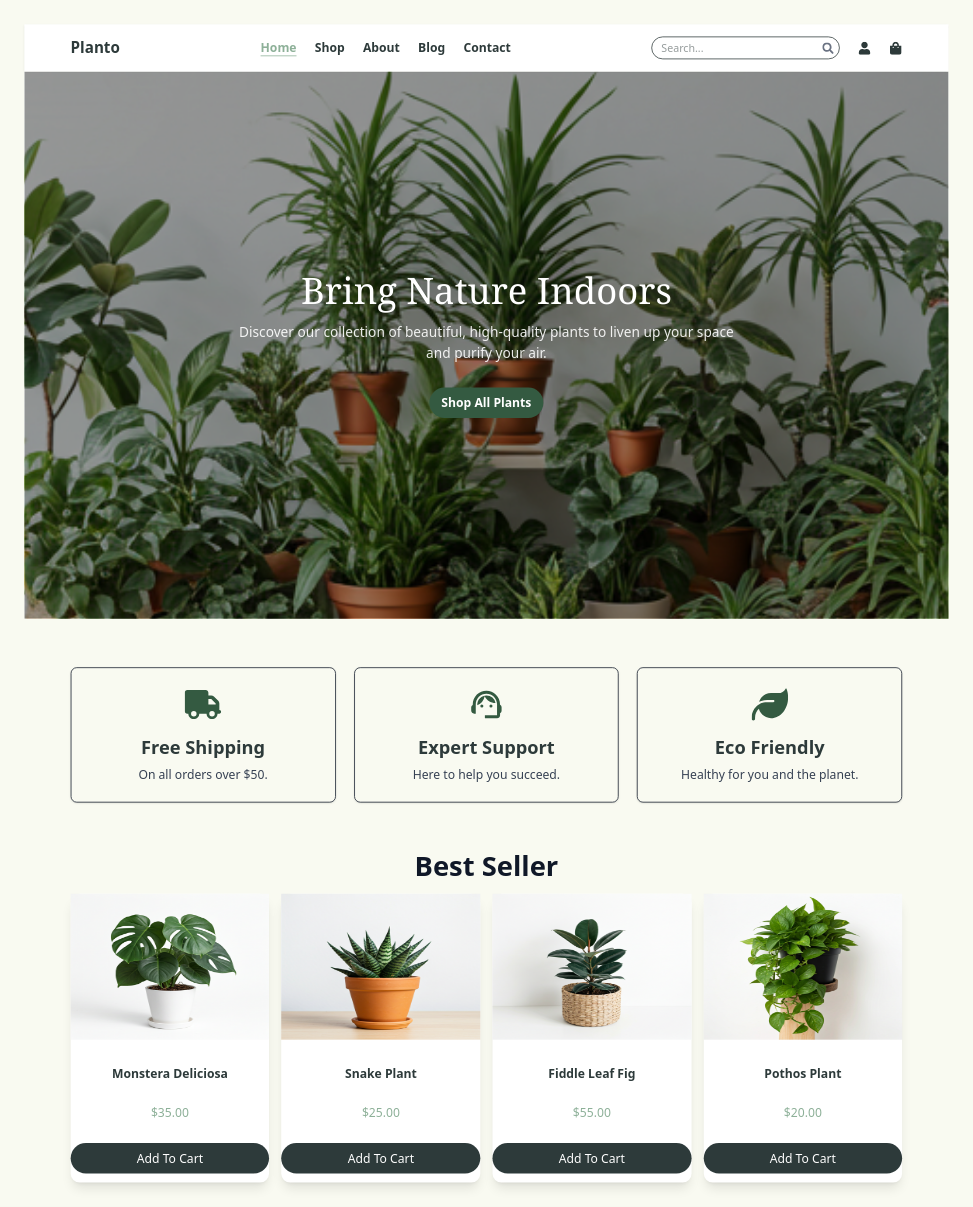
Repository: mazenessam99/Planto
Page: /
An editor plug-in stored every save of this project. The page is shown before and after a run of saves, followed by the edit.
The browser window is 1280 px wide. The pictures show the whole page, at 76% of full size.
The project was rebuilt for these pictures with package versions that can differ from the ones it lists, and the page was loaded fresh each time. Also part of the build but not shown: vite.config.js.

Above is the page before, as saved 2025-11-22 23:07:53.

### index.html
<!doctype html>
<html lang="en">
  <head>
    <meta charset="UTF-8" />
    <link rel="icon" type="image/svg+xml" href="/vite.svg" />
    <meta name="viewport" content="width=device-width, initial-scale=1.0" />
    <title>plants_website</title>
  </head>
  <body>
    <div id="root"></div>
    <script type="module" src="/src/main.jsx"></script>
  </body>
</html>

### src/index.css
@import "tailwindcss";
@import "tailwindcss/theme" layer(theme);
@theme {
  --color-primary: #2D3A3A;
  --color-forest:#386641;
  --color-green:#345A41;
  --color-secondary: #8DB098;
  --color-Terracotta: #C27357;
  --color-sky:#B0D0D3;
  --font-cairo: "Cairo", sans-serif;
  --spacing-128: 32rem;
}

/* ----- BASE ----- */
@layer base {
  body {
    @apply  bg-[#F9FAF1] text-gray-900;
  }
}

/* ----- COMPONENTS ----- */
@layer components {
  .btn {
    @apply bg-primary text-white px-4 py-2 rounded-full cursor-pointer ;
  }
  .btn-green{
    @apply bg-green ;
  }

  .card {
    @apply bg-white p-6 rounded-xl shadow;
  }

}
/* Scrollbar width */
::-webkit-scrollbar {
  width: 8px;
}

/* Scrollbar track  */
::-webkit-scrollbar-track {
  background: #2D3A3A;
  border-radius: 8px;
}

/* Scrollbar thumb  */
::-webkit-scrollbar-thumb {
  background-color: #8DB098;
  border-radius: 8px;
}

::-webkit-scrollbar-thumb:hover {
  background-color: #789983;
}

.container{
  width:90%;
  margin:0 auto;
}

### src/App.jsx

import './App.css'
import Button from './components/ui/Button'
import Home from './pages/Home'

function App() {


  return (
    <>
      <Home/>


    </>
  )
}

export default App

### src/components/ui/Button.jsx
const Button = ({ children, className = "",variant="", ...props }) => {
    return (
        <button className={`btn btn-${variant} ${className}`} {...props}>
            {children}
        </button>
    )
}

export default Button

### src/pages/Home.jsx
import BestSeller from '../components/layout/BestSeller'
import DeliveryCard from '../components/layout/DeliveryCard'
import Hero from '../components/layout/Hero'
import Navbar from '../components/layout/Navbar'

const Home = () => {
  return (
    <div>
        <Navbar/>
        <Hero/>
        <DeliveryCard/>
        <BestSeller/>
    </div>
  )
}

export default Home

### src/components/layout/BestSeller.jsx
import React from 'react'
import { BESTSELLER_CARDS } from '../../utils/constants';
import ProductCard from '../ui/ProductCard';

const BestSeller = () => {
  return (
    <section className='container'>
        <h2 className="text-4xl text-center font-bold mb-4">Best Seller</h2>
        <div className='grid grid-cols-1 sm:grid-cols-2 lg:grid-cols-4 gap-4'>
            {BESTSELLER_CARDS.map((card,index)=>(
                <ProductCard src={card.src} title={card.title} price={card.price}/>
        ))}
        </div>

    </section>
  )
}

export default BestSeller;

### src/components/layout/DeliveryCard.jsx
import { motion } from "framer-motion";
import { DELIVERY_CARDS } from "../../utils/constants";
import { FaTruck, FaLeaf } from "react-icons/fa6";
import { MdSupportAgent } from "react-icons/md";

const icons = {
  truck: <FaTruck />,
  support: <MdSupportAgent />,
  leaf: <FaLeaf />,
};

const DeliveryCards = () => {
  return (
    <section className="container py-16">
      <div className="grid grid-cols-1 sm:grid-cols-2 lg:grid-cols-3 gap-6">
        {DELIVERY_CARDS.map((card, index) => (
          <div key={card.id} className="flex flex-col items-center justify-center text-center p-6 border rounded-lg shadow hover:shadow-lg  transition">
            <div className="text-5xl text-green">
              {icons[card.icon]}
            </div>
            <h3 className="mt-4 mb-2 font-bold text-xl md:text-2xl text-primary">{card.title}</h3>
            <p className="text-gray-700 ">{card.desc}</p>
          </div>
        ))}

      </div>
    </section>
  );
};

export default DeliveryCards;

### src/components/layout/Hero.jsx
import { motion } from "framer-motion";
import HeroImg from "../../assets/images/Hero.png";
import Button from "../ui/Button";

const Hero = () => {
  return (
    <section
      className="relative h-screen overflow-hidden"
    >

      <motion.div
        className="absolute inset-0 bg-cover bg-center"
        style={{ backgroundImage: `url(${HeroImg})` }}
        animate={{ scale: [1, 1.05, 1] }}
        transition={{ duration: 10, repeat: Infinity, ease: "easeInOut" }}
      />

      {/* Overlay */}
      <div className="absolute inset-0 bg-black/40"></div>

      <div className="relative z-10 flex flex-col items-center justify-center h-full px-4 md:px-0 space-y-4 text-center">
        <motion.h1
          initial={{ y: -20, opacity: 0 }}
          animate={{ y: 0, opacity: 1 }}
          transition={{ duration: 0.8 }}
          className="text-white text-2xl md:text-4xl lg:text-5xl font-serif"
        >
          Bring Nature Indoors
        </motion.h1>

        <motion.h2
          initial={{ y: 20, opacity: 0 }}
          animate={{ y: 0, opacity: 1 }}
          transition={{ duration: 0.8, delay: 0.3 }}
          className="text-white/90 text-sm md:text-base lg:text-lg max-w-2xl font-normal"
        >
          Discover our collection of beautiful, high-quality plants to liven up your space and purify your air.
        </motion.h2>

        <motion.div
          initial={{ scale: 0.8, opacity: 0 }}
          animate={{ scale: 1, opacity: 1 }}
          transition={{ duration: 0.5, delay: 0.6 }}
        >
          <Button className="btn-green font-bold mt-4">Shop All Plants</Button>
        </motion.div>
      </div>
    </section>
  );
};

export default Hero;

### src/components/layout/Navbar.jsx
import { useState } from "react";
import { NavLink } from "react-router-dom";
import { NAVBAR_LINKS } from "../../utils/constants";
import { FaBars, FaSearch, FaUser, FaShoppingBag } from "react-icons/fa";
import { IoClose } from "react-icons/io5";
import { motion, AnimatePresence } from "framer-motion";

const Navbar = () => {
    const [menuOpen, setMenuOpen] = useState(false);

    return (
        <nav className="bg-white shadow sticky top-0 z-50 ">
            <div className="container flex justify-between items-center py-4">
                {/* Logo */}
                <a href="/" className="text-primary text-xl font-bold">Planto</a>

                {/* Desktop Links */}
                <ul className="hidden md:flex gap-6 items-center">
                    {NAVBAR_LINKS.map((link) => (
                        <li key={link.id}>
                            <NavLink
                                to={link.path}
                                className={({ isActive }) =>
                                    `text-primary font-semibold transition hover:text-secondary
                                ${isActive ? "text-secondary underline underline-offset-4" : ""}`
                                }
                            >
                                {link.label}
                            </NavLink>
                        </li>
                    ))}
                </ul>

                {/* Desktop Icons + Search */}
                <div className="hidden md:flex gap-6 items-center text-primary">
                    {/* Search input */}
                    <div className="relative">
                        <input
                            type="text"
                            placeholder="Search..."
                            className="border rounded-full pl-3 pr-8 py-1 text-sm focus:outline-none focus:ring-2 focus:ring-secondary"
                        />
                        <FaSearch size={15} className="absolute right-2 top-2 text-gray-500" />
                    </div>

                    <FaUser size={17} className="cursor-pointer hover:text-secondary" />
                    <FaShoppingBag size={17} className="cursor-pointer hover:text-secondary" />
                </div>

                {/* Mobile menu button */}
                <button
                    className="md:hidden text-primary"
                    onClick={() => setMenuOpen(true)}
                    aria-label="Open menu"
                    aria-expanded={menuOpen}
                >
                    <FaBars size={22} />
                </button>
            </div>

            {/* Mobile overlay + drawer (AnimatePresence for exit animation) */}
            <AnimatePresence>
                {menuOpen && (
                    <motion.div
                        className="md:hidden fixed inset-0 z-40"
                        initial={{ opacity: 0 }}
                        animate={{ opacity: 1 }}
                        exit={{ opacity: 0 }}
                        onClick={() => setMenuOpen(false)}
                    >
                        {/* Drawer */}
                        <motion.div
                            className="bg-white w-72 h-full shadow-lg p-6"
                            initial={{ x: "-100%" }}
                            animate={{ x: 0 }}
                            exit={{ x: "-100%" }}
                            transition={{ type: "linear", duration: 0.4 }}
                            onClick={(e) => e.stopPropagation()}
                        >
                            {/* Close */}
                            <div className="flex justify-between items-center mb-6">
                                <a href="/" className="text-lg font-bold text-primary">Planto</a>
                                <button onClick={() => setMenuOpen(false)} aria-label="Close menu">
                                    <IoClose size={26} className="text-primary" />
                                </button>
                            </div>

                            {/* Mobile Search */}
                            <div className="mb-4">
                                <div className="relative">
                                    <input
                                        type="text"
                                        placeholder="Search..."
                                        className="w-full border rounded-full pl-3 pr-8 py-2 text-sm focus:outline-none focus:ring-2 focus:ring-secondary"
                                    />
                                    <FaSearch size={15} className="absolute right-3 top-3 text-gray-500" />
                                </div>
                            </div>

                            {/* Links */}
                            <ul className="flex flex-col gap-4 text-primary font-semibold">
                                {NAVBAR_LINKS.map((link) => (
                                    <li key={link.id}>
                                        <NavLink
                                            to={link.path}
                                            onClick={() => setMenuOpen(false)}
                                            className={({ isActive }) =>
                                                `block py-2 ${isActive ? "text-secondary" : ""}`
                                            }
                                        >
                                            {link.label}
                                        </NavLink>
                                    </li>
                                ))}
                            </ul>

                            {/* Icons */}
                            <div className="flex gap-4 mt-6 text-primary">
                                <FaUser size={18} />
                                <FaShoppingBag size={18} />
                            </div>
                        </motion.div>
                    </motion.div>
                )}
            </AnimatePresence>
        </nav>
    );
};

export default Navbar;

### src/utils/constants.js
import img1 from "../../src/assets/images/Featured_1.png";
import img2 from "../../src/assets/images/Featured_2.png";
import img3 from "../../src/assets/images/Featured_3.png";
import img4 from "../../src/assets/images/Featured_4.png";
// Navbar_Links
export const NAVBAR_LINKS = [
    { id: 1, label: 'Home', path: '/' },
    { id: 2, label: 'Shop', path: '/shop' },
    { id: 3, label: 'About', path: '/about' },
    { id: 4, label: 'Blog', path: '/blog' },
    { id: 5, label: 'Contact', path: '/contact' },
];

// Delivery_Cards
export const DELIVERY_CARDS = [
    { id: 1, icon: "truck", title: "Free Shipping", desc: "On all orders over $50." },
    { id: 2, icon: "support", title: "Expert Support", desc: "Here to help you succeed." },
    { id: 3, icon: "leaf", title: "Eco Friendly", desc: "Healthy for you and the planet." },
];

// BESTSELLER_CARDS
export const BESTSELLER_CARDS=[
    {id:1,src:img1,title:'Monstera Deliciosa',price:'$35.00'},
    {id:2,src:img2,title:'Snake Plant',price:'$25.00'},
    {id:3,src:img3,title:'Fiddle Leaf Fig',price:'$55.00'},
    {id:4,src:img4,title:'Pothos Plant',price:'$20.00'}
]

### src/components/ui/ProductCard.jsx
import Button from "./Button";

const ProductCard = ({src,title,price,showButton=true,buttonText='Add To Cart'}) => {
  return (
    <div className="bg-white rounded-xl shadow-lg flex flex-col  space-y-4">
      <div className="w-full h-48 ">
        <img src={src} className="w-full h-full"/>
      </div>
      <h3 className="mt-4 font-bold text-primary">{title}</h3>
      <p className="mt-3 text-secondary">{price}</p>
      {showButton&&(
        <Button className="my-3 w-full">
          {buttonText}
        </Button>
      )}

    </div>
  )
}

export default ProductCard;

Loaded but not shown: src/main.jsx (common file); src/App.css (common file)

After the next 4 saves:
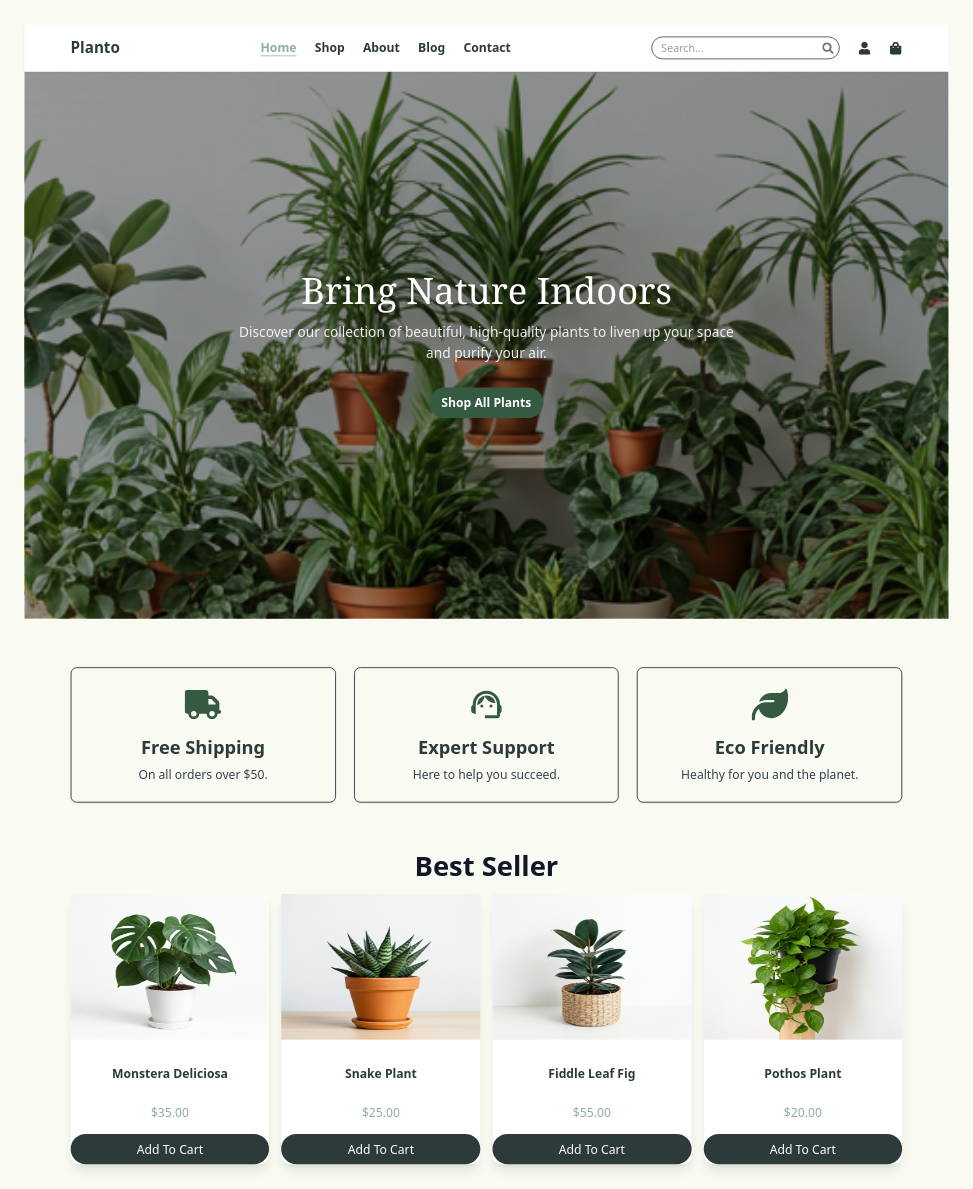
The 4 saves are shown as one change because they came seconds apart.
The last was saved 19 s later.
--- a/src/components/ui/ProductCard.jsx
+++ b/src/components/ui/ProductCard.jsx
@@ -9,7 +9,7 @@
       <h3 className="mt-4 font-bold text-primary">{title}</h3>
       <p className="mt-3 text-secondary">{price}</p>
       {showButton&&(
-        <Button className="my-3 w-full">
+        <Button className="mx-auto w-full">
           {buttonText}
         </Button>
       )}

After the 6 saves that followed:
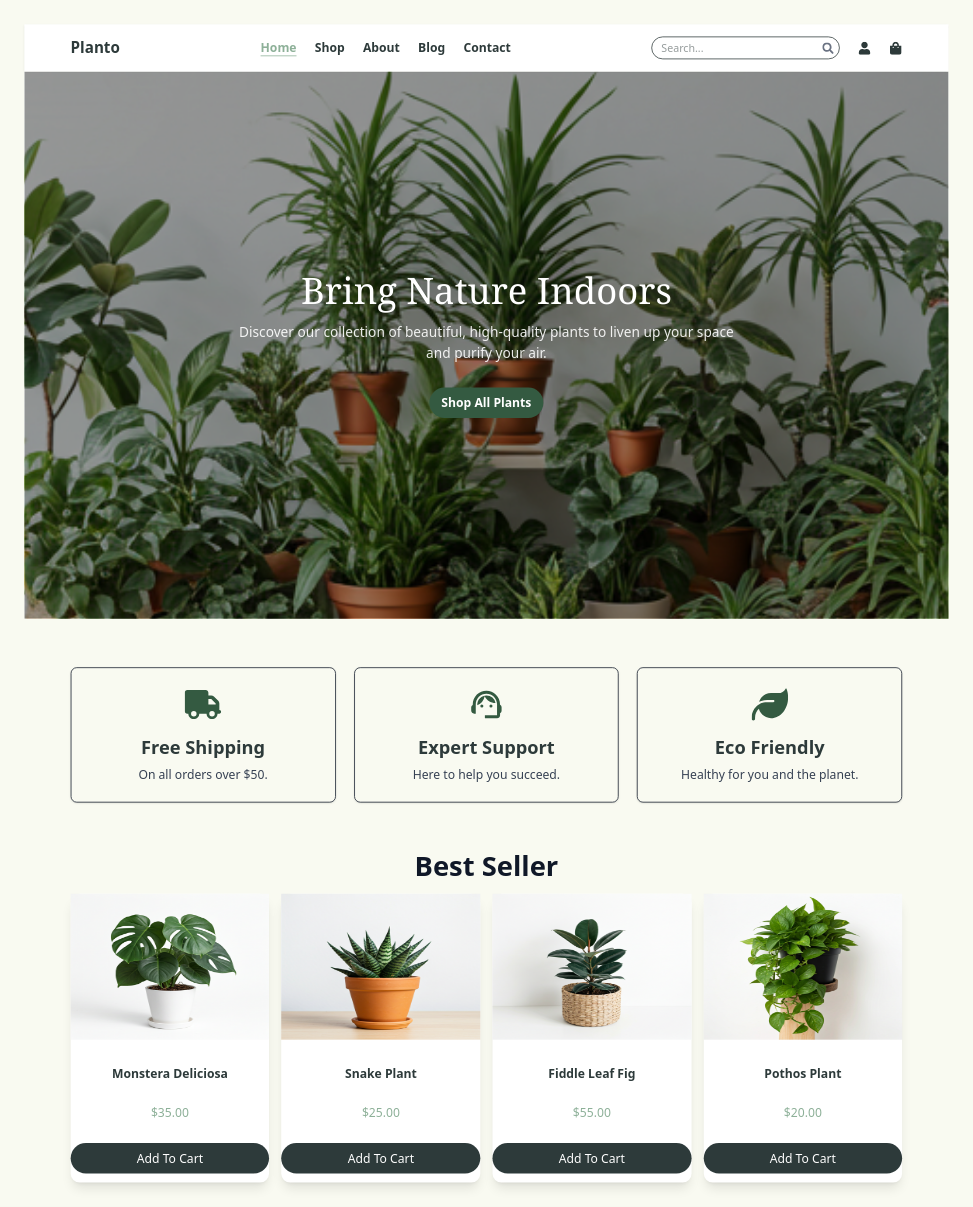
The 6 saves are shown as one change because they came seconds apart.
The last was saved 13 s later.
--- a/src/components/ui/ProductCard.jsx
+++ b/src/components/ui/ProductCard.jsx
@@ -9,7 +9,7 @@
       <h3 className="mt-4 font-bold text-primary">{title}</h3>
       <p className="mt-3 text-secondary">{price}</p>
       {showButton&&(
-        <Button className="mx-auto w-full">
+        <Button className="my-3  w-full">
           {buttonText}
         </Button>
       )}
